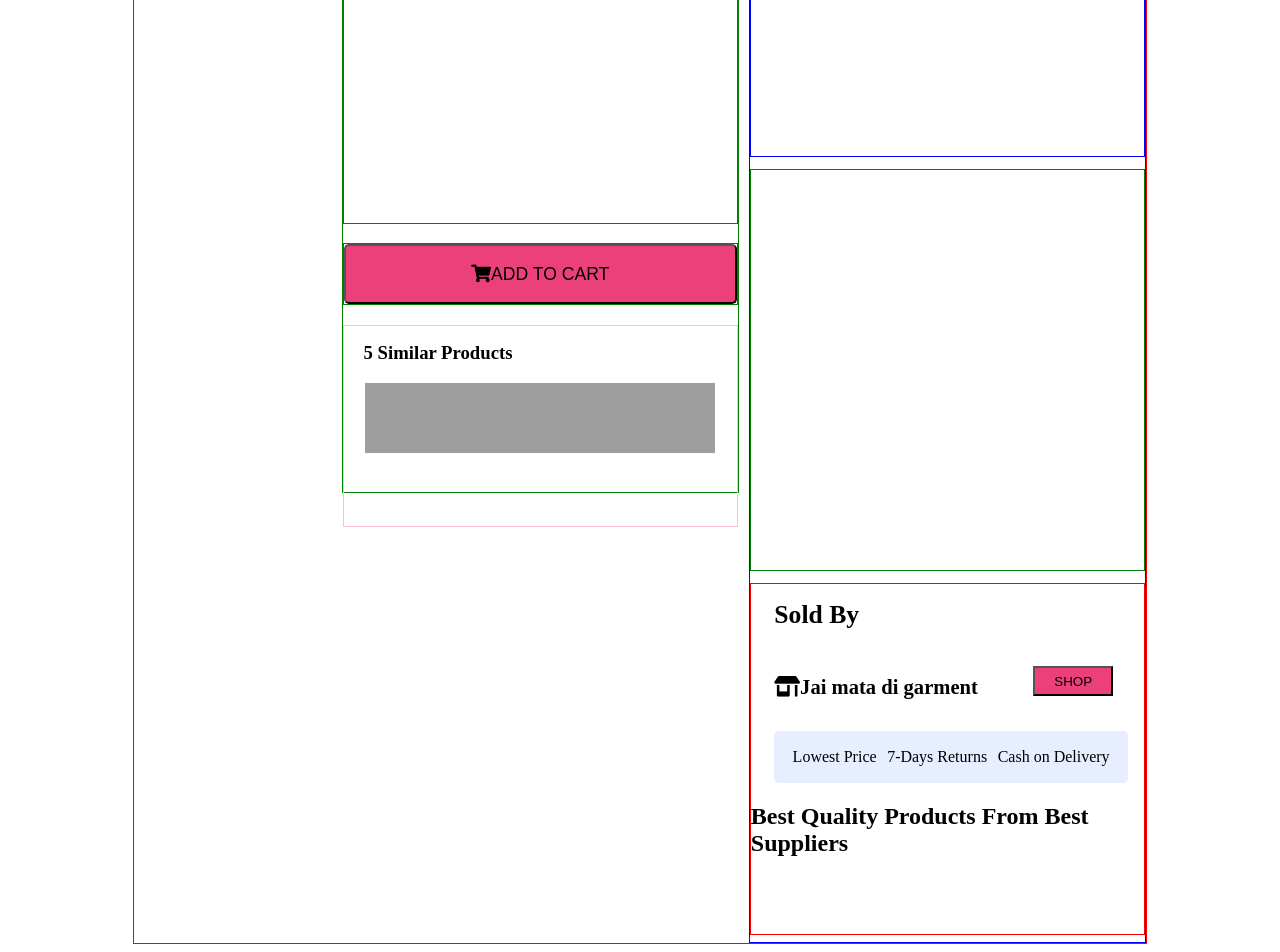
Repository: deepakxxxx/meesho
Page: catelog.html
These files come from the project's save history. The page is drawn as it stood at one moment and after a run of saves; the edit follows.
The browser window is 1280 px wide. The pictures show the part of the page from y = 419 to 1371 px (the page is 1371 px tall).
Pictures or frames that could not be fetched are drawn as grey boxes. A picture or video elsewhere on the page could not be fetched, so the positions and the page height are approximate.

Above is the page before, as saved 2021-11-06 17:52:42.

After the next 2 saves:
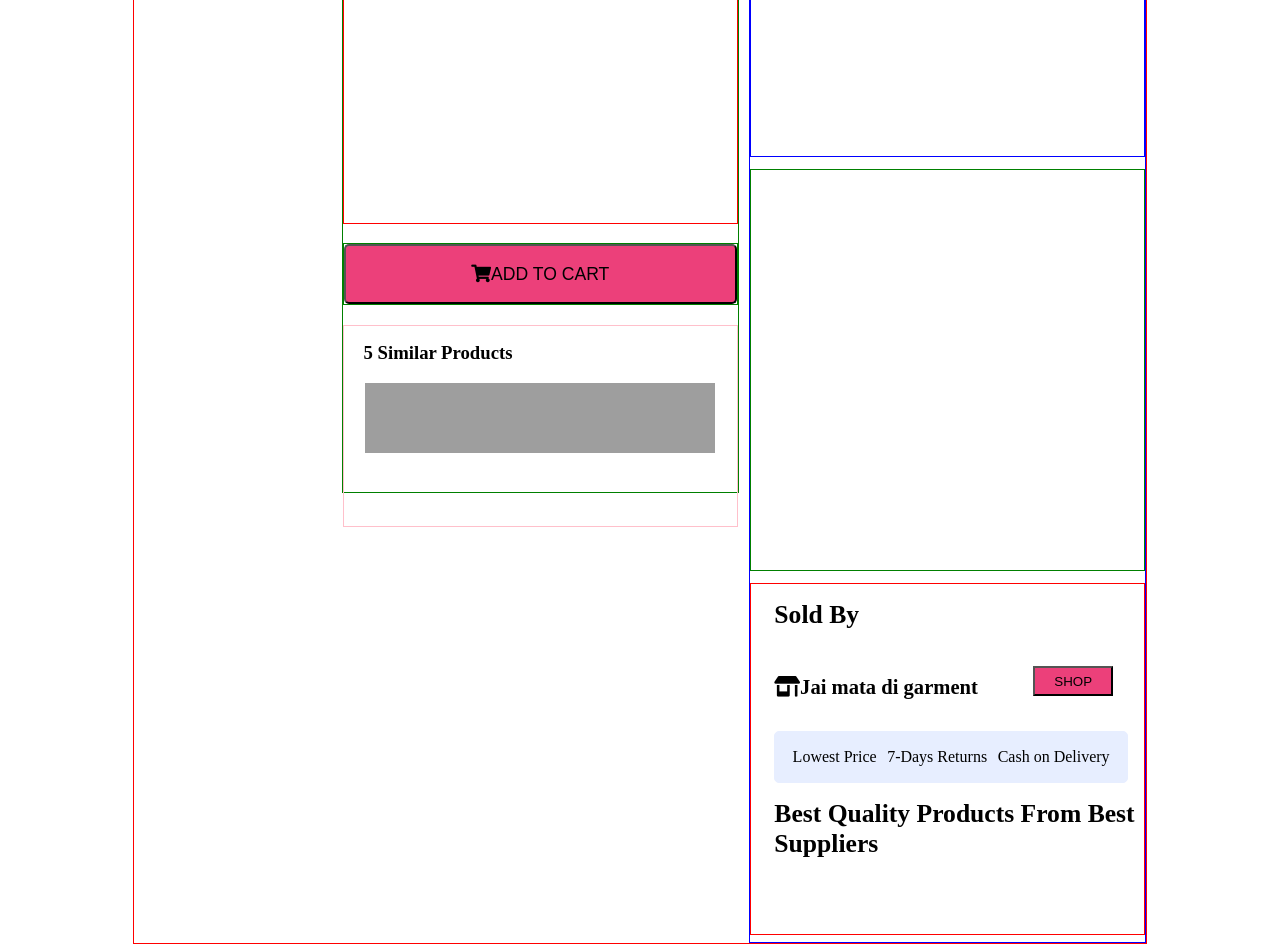
The 2 saves are shown as one change because they came seconds apart.
The last was saved 10 s later.
--- a/catelog.html
+++ b/catelog.html
@@ -334,7 +334,7 @@
                 <p>7-Days Returns</p>
                 <p>Cash on Delivery</p>
                 </div>
-                <h2>Best Quality Products From Best Suppliers</h2>
+                <h3>Best Quality Products From Best Suppliers</h3>
             </div>
         </div>
     </div>
